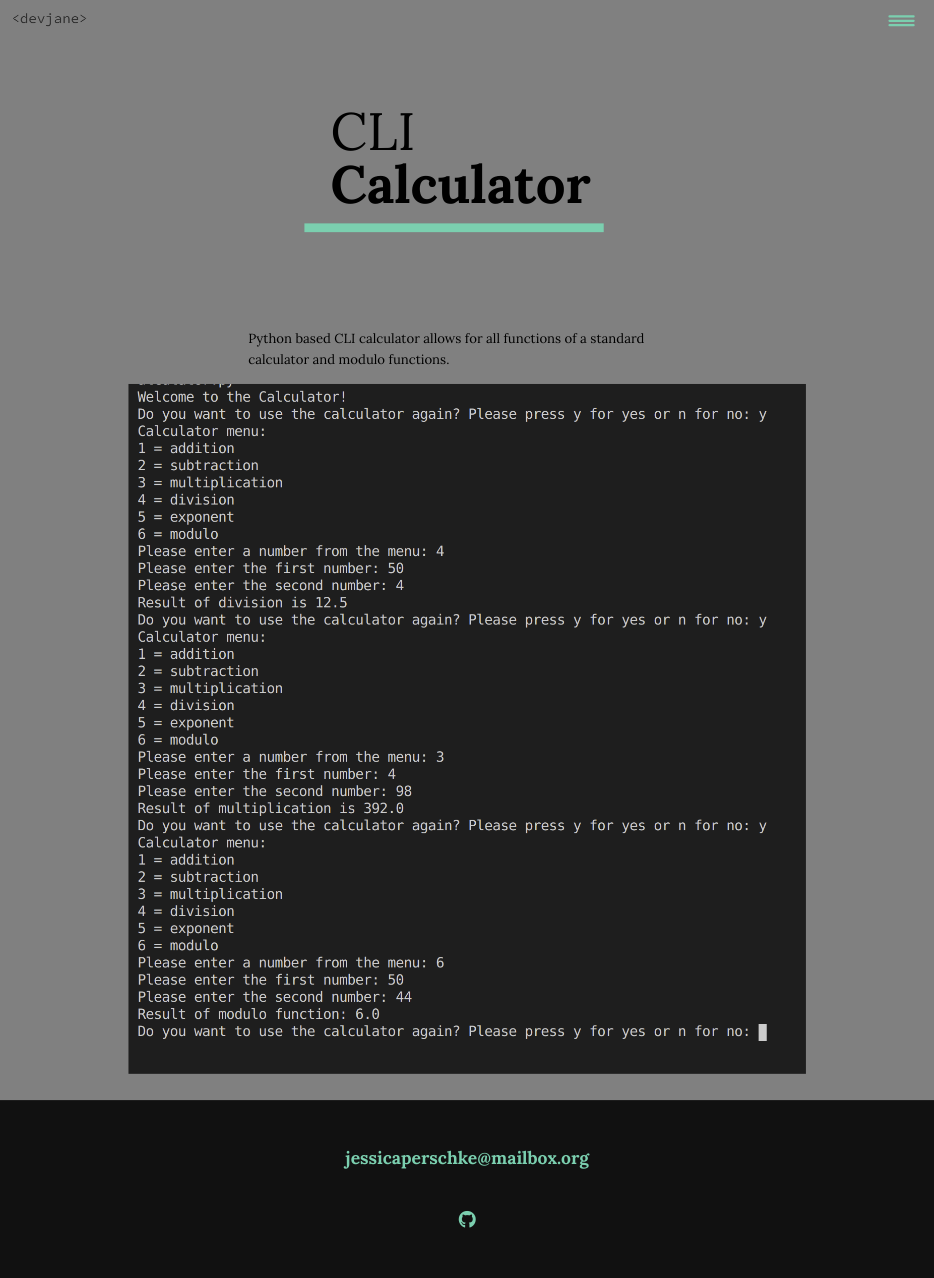
Repository: DinoDime/site
Page: portfolio-item3.html
An editor plug-in stored every save of this project. The page is shown before and after the next save, followed by the edit.
The browser window is 1280 px wide. The pictures show the whole page, at 73% of full size.
Some web libraries are served in a nearby version.

Above is the page before, as saved 2021-05-03 10:49:23.

### portfolio-item3.html
<!DOCTYPE html>
<html lang="en">
  <head>
    <link
      rel="stylesheet"
      href="https://cdnjs.cloudflare.com/ajax/libs/normalize/8.0.1/normalize.css"
    />
    <meta charset="UTF-8" />
    <meta name="viewport" content="width=device-width, initial-scale=1.0" />
    <title>Jess' Portfolio</title>
    <link
      rel="stylesheet"
      href="https://cdnjs.cloudflare.com/ajax/libs/normalize/7.0.0/normalize.min.css"
    />
    <link
      rel="stylesheet"
      href="https://cdnjs.cloudflare.com/ajax/libs/font-awesome/5.11.2/css/all.css"
      integrity="sha256-46qynGAkLSFpVbEBog43gvNhfrOj+BmwXdxFgVK/Kvc="
      crossorigin="anonymous"
    />

    <!-- Update these with your own fonts -->
    <link
      href="https://fonts.googleapis.com/css?family=Lora:400,700|Roboto+Slab:400,700&display=swap"
      rel="stylesheet"
    />

    <link rel="stylesheet" href="css/style.css" />
  </head>
  <body>
    <header>
      <div class="logo">
        <img src="img/devjane.png" alt="" />
      </div>
      <!--Hamburger button-->
      <button class="nav-toggle" aria-label="toggle navigation">
        <span class="hamburger"></span>
      </button>
      <nav class="nav">
        <ul class="nav__list">
          <li class="nav__item">
            <a href="index.html" class="nav__link">Home</a>
          </li>
          <li class="nav__item">
            <a href="index.html#Skills" class="nav__link">Skills</a>
          </li>
          <li class="nav__item">
            <a href="index.html#about" class="nav__link">About me</a>
          </li>
          <li class="nav__item">
            <a href="index.html#work" class="nav__link">My Work</a>
          </li>
        </ul>
      </nav>
    </header>

    <section class="intro">
      <h1 class="section__title section__title--intro">
        CLI <strong>Calculator</strong>
      </h1>
      <p class="section__subtitle section__subtitle--intro"></p>
    </section>

    <div class="portfolio-item-individual">
      <p>
        Python based CLI calculator allows for all functions of a standard
        calculator and modulo functions.
      </p>
      <img src="img/calc.png" alt="" />
    </div>

    <!-- Footer -->
    <footer class="footer">
      <!-- replace with your own email address -->
      <a href="mailto:jessicaperschke@mailbox.org" class="footer__link"
        >jessicaperschke@mailbox.org</a
      >
      <ul class="social-list">
        <li class="social-list__item">
          <a class="social-list__link" href="https://github.com/jl-perschke">
            <i class="fab fa-github"></i>
          </a>
        </li>
      </ul>
    </footer>

    <script src="js/index.js"></script>
  </body>
</html>

### css/style.css
*,
*::before,
*::after {
  box-sizing: border-box;
}

/* Custom Properties, update these for your own design */

:root {
  --ff-primary: "Lora", serif;
  --ff-secondary: "Roboto Slab", serif;

  --fw-reg: 400;
  --fw-bold: 700;

  --clr-light: grey;
  --clr-dark: black;
  --clr-accent: rgb(123, 207, 175);

  --fs-h1: 3rem;
  --fs-h2: 2.25rem;
  --fs-h3: 1.25rem;
  --fs-body: 1rem;

  --bs: 0.25em 0.25em 0.75em rgba(0, 0, 0, 0.25),
    0.125em 0.125em 0.25em rgba(0, 0, 0, 0.15);
}

@media (min-width: 800px) {
  :root {
    --fs-h1: 4.5rem;
    --fs-h2: 3.75rem;
    --fs-h3: 1.5rem;
    --fs-body: 1.125rem;
  }
}

/* General styles */

/* endable this to add smooth scrolling */
/* html {
    scroll-behavior: smooth;
} */

body {
  background: var(--clr-light);
  color: var(--clr-dark);
  margin: 0;
  font-family: var(--ff-primary);
  font-size: var(--fs-body);
  line-height: 1.6;
}

section {
  padding: 5em 2em;
}

img {
  display: block;
  max-width: 100%;
}

strong {
  font-weight: var(--fw-bold);
}

:focus {
  outline: 3px solid var(--clr-accent);
  outline-offset: 3px;
}

/* Buttons */

.btn {
  display: inline-block;
  padding: 0.5em 2.5em;
  background: var(--clr-accent);
  color: var(--clr-dark);
  text-decoration: none;
  cursor: pointer;
  font-size: 0.8rem;
  text-transform: uppercase;
  letter-spacing: 2px;
  font-weight: var(--fw-bold);
  transition: transform 200ms ease-in-out;
}

.btn:hover {
  transform: scale(1.1);
}

/* Typography */

h1,
h2,
h3 {
  line-height: 1;
  margin: 0;
}

h1 {
  font-size: var(--fs-h1);
}
h2 {
  font-size: var(--fs-h2);
}
h3 {
  font-size: var(--fs-h3);
}

.section__title {
  margin-bottom: 0.25em;
}

.section__title--intro {
  font-weight: var(--fw-reg);
}

.section__title--intro strong {
  display: block;
}

.section__subtitle {
  margin: 0;
  font-size: var(--fs-h3);
}

.section__subtitle--intro,
.section__subtitle--about {
  background: var(--clr-accent);
  padding: 0.25em 1em;
  font-family: var(--ff-secondary);
  margin-bottom: 1em;
}

.section__subtitle--work {
  color: var(--clr-accent);
  font-weight: var(--fw-bold);
  margin-bottom: 2em;
}

/* header */

header {
  display: flex;
  justify-content: space-between;
  padding: 1em;
}

.logo {
  max-width: 100px;
}

.nav {
  position: fixed;
  background: var(--clr-dark);
  color: var(--clr-light);
  top: 0;
  bottom: 0;
  left: 0;
  right: 0;
  z-index: 100;

  transform: translateX(100%);
  transition: transform 250ms cubic-bezier(0.5, 0, 0.5, 1);
}

.nav__list {
  list-style: none;
  display: flex;
  height: 100%;
  flex-direction: column;
  justify-content: space-evenly;
  align-items: center;
  margin: 0;
  padding: 0;
}

.nav__link {
  color: inherit;
  font-weight: var(--fw-bold);
  font-size: var(--fs-h2);
  text-decoration: none;
}

.nav__link:hover {
  color: var(--clr-accent);
}

.nav-toggle {
  padding: 0.5em;
  background: transparent;
  border: 0;
  cursor: pointer;
  position: absolute;
  right: 1em;
  top: 1em;
  z-index: 1000;
}

.nav-open .nav {
  transform: translateX(0);
}

.nav-open .nav-toggle {
  position: fixed;
}

.nav-open .hamburger {
  transform: rotate(0.625turn);
}

.nav-open .hamburger::before {
  transform: rotate(90deg) translateX(-6px);
}

.nav-open .hamburger::after {
  opacity: 0;
}

.hamburger {
  display: block;
  position: relative;
}

.hamburger,
.hamburger::before,
.hamburger::after {
  background: var(--clr-accent);
  width: 2em;
  height: 3px;
  border-radius: 1em;
  transition: transform 250ms ease-in-out;
}

.hamburger::before,
.hamburger::after {
  content: "";
  position: absolute;
  left: 0;
  right: 0;
}

.hamburger::before {
  top: 6px;
}
.hamburger::after {
  bottom: 6px;
}

/*  Intro section  */

.intro {
  position: relative;
}

.intro__img {
  box-shadow: var(--bs);
}

.section__subtitle--intro {
  display: inline-block;
}

@media (min-width: 600px) {
  .intro {
    display: grid;
    width: min-content;
    margin: 0 auto;
    grid-column-gap: 1em;
    grid-template-areas:
      "img title"
      "img subtitle";
    grid-template-columns: min-content max-content;
  }

  .intro__img {
    grid-area: img;
    min-width: 250px;
    position: relative;
    z-index: 2;
  }

  .section__subtitle--intro {
    align-self: start;
    grid-column: -1 / 1;
    grid-row: 2;
    text-align: right;
    position: relative;
    left: -1.5em;
    width: calc(100% + 1.5em);
  }
}

/*  My services section  */

.my-services {
  background-color: var(--clr-dark);
  background-image: url(../img/services-bg.jpg);
  background-size: cover;
  /* background-blend-mode: multiply; */
  color: var(--clr-light);
  text-align: center;
}

.section__title--services {
  color: var(--clr-accent);
  position: relative;
}

.section__title--services::after {
  content: "";
  display: block;
  width: 2em;
  height: 1px;
  margin: 0.5em auto 1em;
  background: var(--clr-light);
  opacity: 0.25;
}

.services {
  margin-bottom: 4em;
}

.service {
  max-width: 500px;
  margin: 0 auto;
}

@media (min-width: 800px) {
  .services {
    display: flex;
    max-width: 1000px;
    margin-left: auto;
    margin-right: auto;
  }

  .service + .service {
    margin-left: 2em;
  }
}

.about-me {
  max-width: 1000px;
  margin: 0 auto;
}

.about-me__img {
  box-shadow: var(--bs);
}

@media (min-width: 600px) {
  .about-me {
    display: grid;
    grid-template-columns: 1fr 200px;
    grid-template-areas:
      "title img"
      "subtitle img"
      "text img";
    grid-column-gap: 2em;
  }

  .section__title--about {
    grid-area: title;
  }

  .section__subtitle--about {
    grid-column: 1 / -1;
    grid-row: 2;
    position: relative;
    left: -1em;
    width: calc(100% + 2em);
    padding-left: 1em;
    padding-right: calc(200px + 4em);
  }

  .about-me__img {
    grid-area: img;
    position: relative;
    z-index: 2;
  }
}

/* My Work */

.my-work {
  background-color: var(--clr-dark);
  color: var(--clr-light);
  text-align: center;
}

.portfolio {
  display: grid;
  grid-template-columns: repeat(auto-fit, minmax(300px, 1fr));
}

.portfolio__item {
  background: var(--clr-accent);
  overflow: hidden;
}

.portfolio__img {
  transition: transform 750ms cubic-bezier(0.5, 0, 0.5, 1), opacity 250ms linear;
}

.portfolio__item:focus {
  position: relative;
  z-index: 2;
}

.portfolio__img:hover,
.portfolio__item:focus .portfolio__img {
  transform: scale(1.2);
  opacity: 0.5;
}

/* footer */

.footer {
  background: #111;
  color: var(--clr-accent);
  text-align: center;
  padding: 2.5em 0;
  font-size: var(--fs-h3);
}

.footer a {
  color: inherit;
  text-decoration: none;
}

.footer__link {
  font-weight: var(--fw-bold);
}

.footer__link:hover,
.social-list__link:hover {
  opacity: 0.7;
}

.footer__link:hover {
  text-decoration: underline;
}

.social-list {
  list-style: none;
  display: flex;
  justify-content: center;
  margin: 2em 0 0;
  padding: 0;
}

.social-list__item {
  margin: 0 0.5em;
}

.social-list__link {
  padding: 0.5em;
}

/* Individual portfolio item styles */

.portfolio-item-individual {
  padding: 0 2em 2em;
  max-width: 1000px;
  margin: 0 auto;
}

.portfolio-item-individual p {
  max-width: 600px;
  margin-left: auto;
  margin-right: auto;
}

Loaded but not shown: js/index.js (common file)

After the next save:
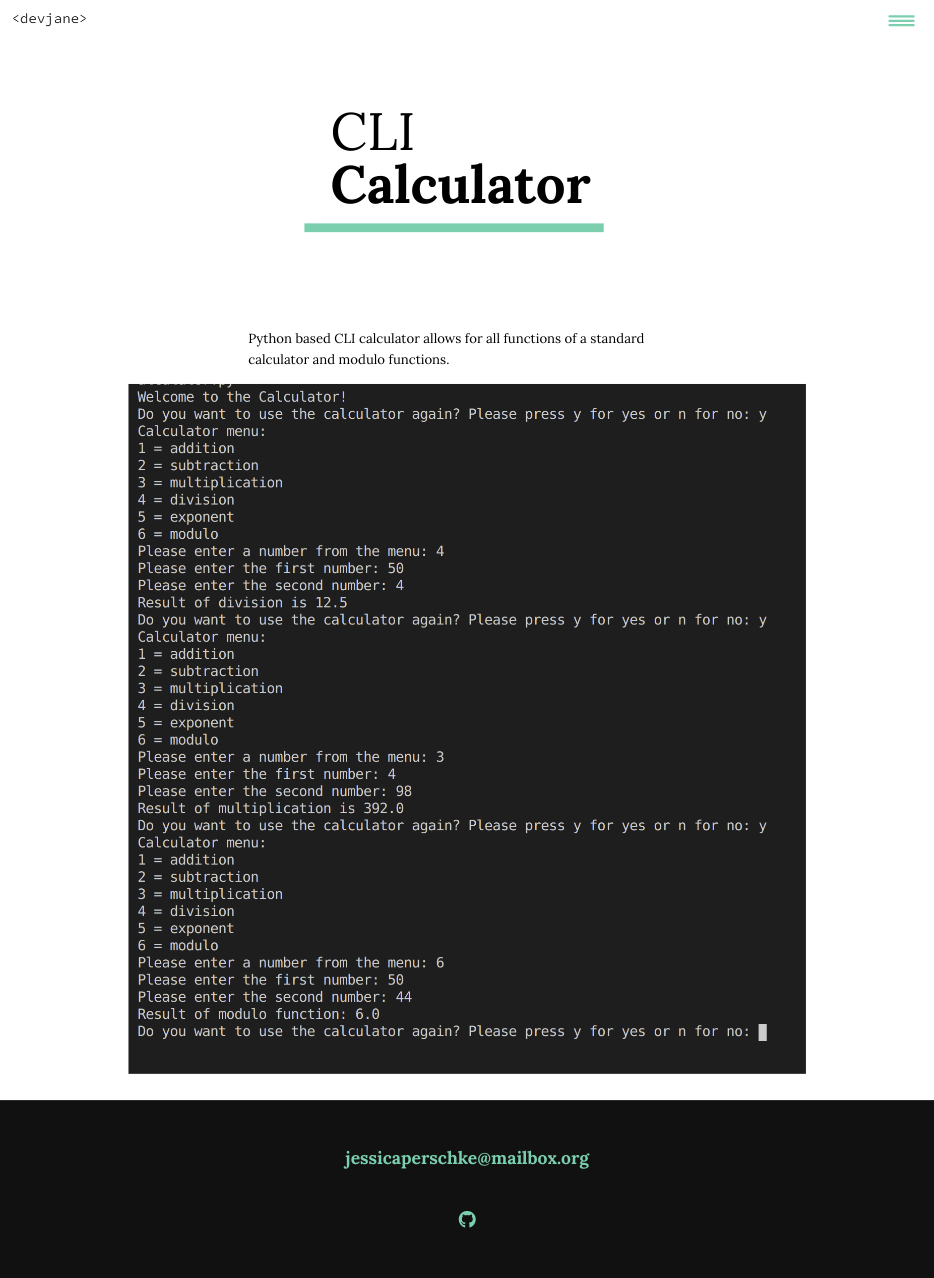
Saved 73 s later.
--- a/css/style.css
+++ b/css/style.css
@@ -13,7 +13,7 @@
   --fw-reg: 400;
   --fw-bold: 700;
 
-  --clr-light: grey;
+  --clr-light: straw;
   --clr-dark: black;
   --clr-accent: rgb(123, 207, 175);
 
